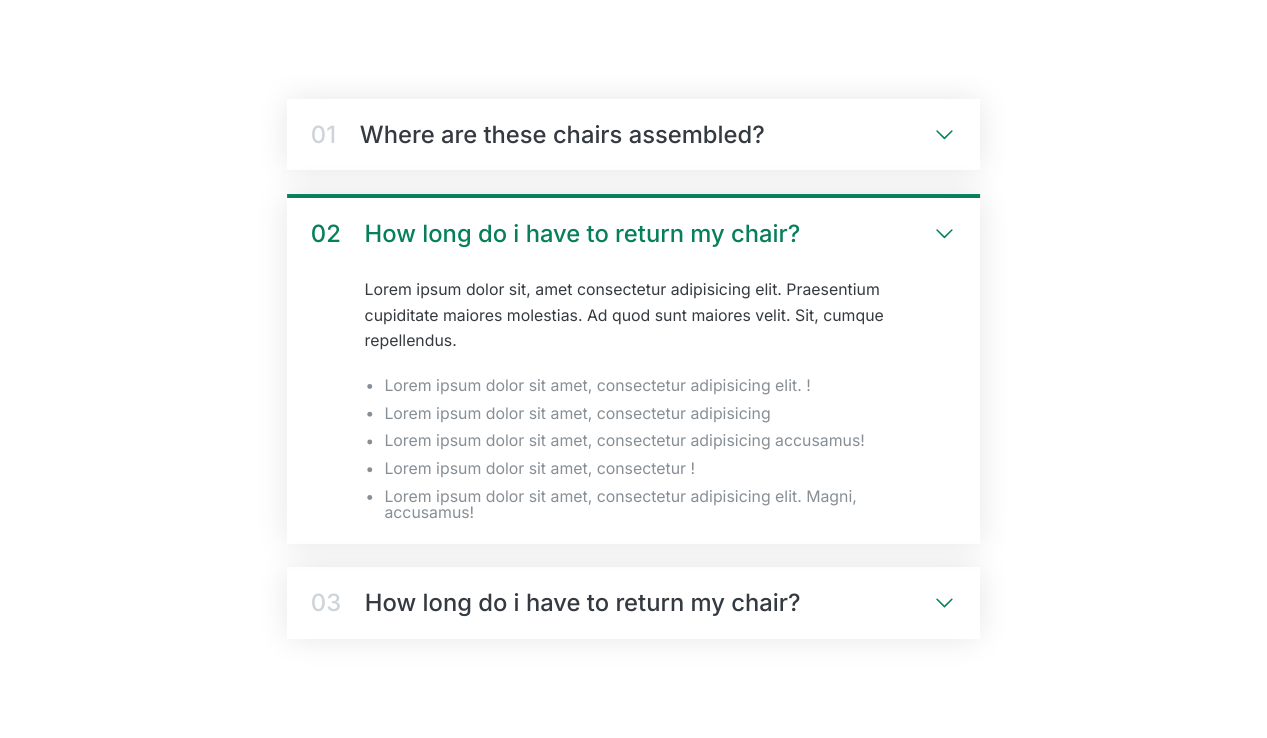
Repository: sunny070/CSS
Page: HTML and CSS some of the important components/01_accordion.html
The author's editor kept a copy of each file at every save. The page is drawn from the files as they stood at one save, then again after the next save.
The browser window is 1280 px wide. The pictures show the whole page, at 99% of full size.

Above is the page before, as saved 2023-11-20 13:09:28.

### HTML and CSS some of the important components/01_accordion.html
<!DOCTYPE html>
<html lang="en">
  <head>
    <meta charset="UTF-8" />
    <meta name="viewport" content="width=device-width, initial-scale=1.0" />
    <title>Accordion Components</title>
    <link
      href="https://fonts.googleapis.com/css2?family=Inter:wght@400;500;700&display=swap"
      rel="stylesheet"
    />
    <style>
      /*
    SPACING SYSTEM (px)
    2 / 4 / 8 / 12 / 16 / 24 / 32 / 48 / 64 / 80 / 96 / 128

    FONT SIZE SYSTEM (px)
    10 / 12 / 14 / 16 / 18 / 20 / 24 / 30 / 36 / 44 / 52 / 62 / 74 / 86 / 98
    */

      /*
    MAIN COLOR: #087f5b
    GREY COLOR: #343a40
    */

      * {
        margin: 0;
        padding: 0;
        box-sizing: border-box;
      }

      /* ------------------------ */
      /* GENERAL STYLES */
      /* ------------------------ */
      body {
        font-family: "Inter", sans-serif;
        color: #343a40;
        line-height:1;
      }
      .accordion
      {
        width:700px;
        margin: 100px auto;
        display: flex;
        flex-direction: column;
        gap: 24px;

      }
      .item{
        box-shadow: 0 0 32px rgba(0,0,0,0.1);
        padding: 24px;
        display: grid;
        grid-template-columns: auto 1fr auto;
        column-gap:24px;
        row-gap: 32px;
        align-items:center;
      }
      .number ,.text{
        font-size: 24px;
        font-weight: 500;

      }
      .number{
        color:#ced4da;
      }

      .icon{
        width: 24px;
        height: 24px;
        stroke: #087f5b;
      }
      .hidden-box{
        grid-column: 2;
        display: none;
      }
      .hidden-box p{
        line-height: 1.6;
        margin-bottom: 24px;
      }
      .hidden-box ul{
        color:#868e96;
        margin-left: 20px;
        display:flex;
        flex-direction: column;
        gap: 12px;

      }
      .open{
        border-top: 4px solid #087f5b;
      }
      .open .hidden-box{
        display: block ;
      }
      .open .number, .open .text{
        color:#087f5b;
      }
      /* .hidden-box li{
        margin-bottom: 12px;
      } */
    </style>
  </head>
  <body>
    <div class="accordion">
      <div class="item">
      <p class="number"> 01</p>
      <p class="text">Where are these chairs assembled?</p>
      <svg class="icon" xmlns="http://www.w3.org/2000/svg" fill="none" viewBox="0 0 24 24" stroke-width="1.5" stroke="currentColor" class="w-6 h-6">
        <path stroke-linecap="round" stroke-linejoin="round" d="M19.5 8.25l-7.5 7.5-7.5-7.5" />
      </svg>
      <div class="hidden-box">
        <p>Lorem ipsum dolor sit, amet consectetur adipisicing elit. Praesentium cupiditate maiores molestias. Ad quod sunt maiores velit. Sit, cumque repellendus.</p>
        <ul>
          <li>Lorem ipsum dolor sit amet, consectetur adipisicing elit. !</li>
          <li>Lorem ipsum dolor sit amet, consectetur adipisicing</li>
          <li>Lorem ipsum dolor sit amet, consectetur adipisicing  accusamus!</li>
          <li>Lorem ipsum dolor sit amet, consectetur !</li>
          <li>Lorem ipsum dolor sit amet, consectetur adipisicing elit. Magni, accusamus!</li>

        </ul>
      </div>
      </div>


  <div class="item open">
  <p class="number"> 02</p>
  <p class="text">How long do i have to return my chair?</p>
  <svg class="icon" xmlns="http://www.w3.org/2000/svg" fill="none" viewBox="0 0 24 24" stroke-width="1.5" stroke="currentColor" class="w-6 h-6">
    <path stroke-linecap="round" stroke-linejoin="round" d="M19.5 8.25l-7.5 7.5-7.5-7.5" />
  </svg>
  <div class="hidden-box">
    <p>Lorem ipsum dolor sit, amet consectetur adipisicing elit. Praesentium cupiditate maiores molestias. Ad quod sunt maiores velit. Sit, cumque repellendus.</p>
    <ul>
      <li>Lorem ipsum dolor sit amet, consectetur adipisicing elit. !</li>
      <li>Lorem ipsum dolor sit amet, consectetur adipisicing</li>
      <li>Lorem ipsum dolor sit amet, consectetur adipisicing  accusamus!</li>
      <li>Lorem ipsum dolor sit amet, consectetur !</li>
      <li>Lorem ipsum dolor sit amet, consectetur adipisicing elit. Magni, accusamus!</li>

    </ul>
  </div>
  </div>


  <div class="item">
  <p class="number"> 03</p>
  <p class="text">How long do i have to return my chair?</p>
  <svg class="icon" xmlns="http://www.w3.org/2000/svg" fill="none" viewBox="0 0 24 24" stroke-width="1.5" stroke="currentColor" class="w-6 h-6">
    <path stroke-linecap="round" stroke-linejoin="round" d="M19.5 8.25l-7.5 7.5-7.5-7.5" />
  </svg>
  <div class="hidden-box">
    <p>Lorem ipsum dolor sit, amet consectetur adipisicing elit. Praesentium cupiditate maiores molestias. Ad quod sunt maiores velit. Sit, cumque repellendus.</p>
    <ul>
      <li>Lorem ipsum dolor sit amet, consectetur adipisicing elit. !</li>
      <li>Lorem ipsum dolor sit amet, consectetur adipisicing</li>
      <li>Lorem ipsum dolor sit amet, consectetur adipisicing  accusamus!</li>
      <li>Lorem ipsum dolor sit amet, consectetur !</li>
      <li>Lorem ipsum dolor sit amet, consectetur adipisicing elit. Magni, accusamus!</li>

    </ul>
  </div>
  </div>

</div>


<!-- <script>
  const btn = document.querySelector('.icon');
  const change = document.querySelector('.text')

  btn.addEventListener('click',function(){
    change.add('open');
  })
</script> -->
  </body>
</html>

After the next save:
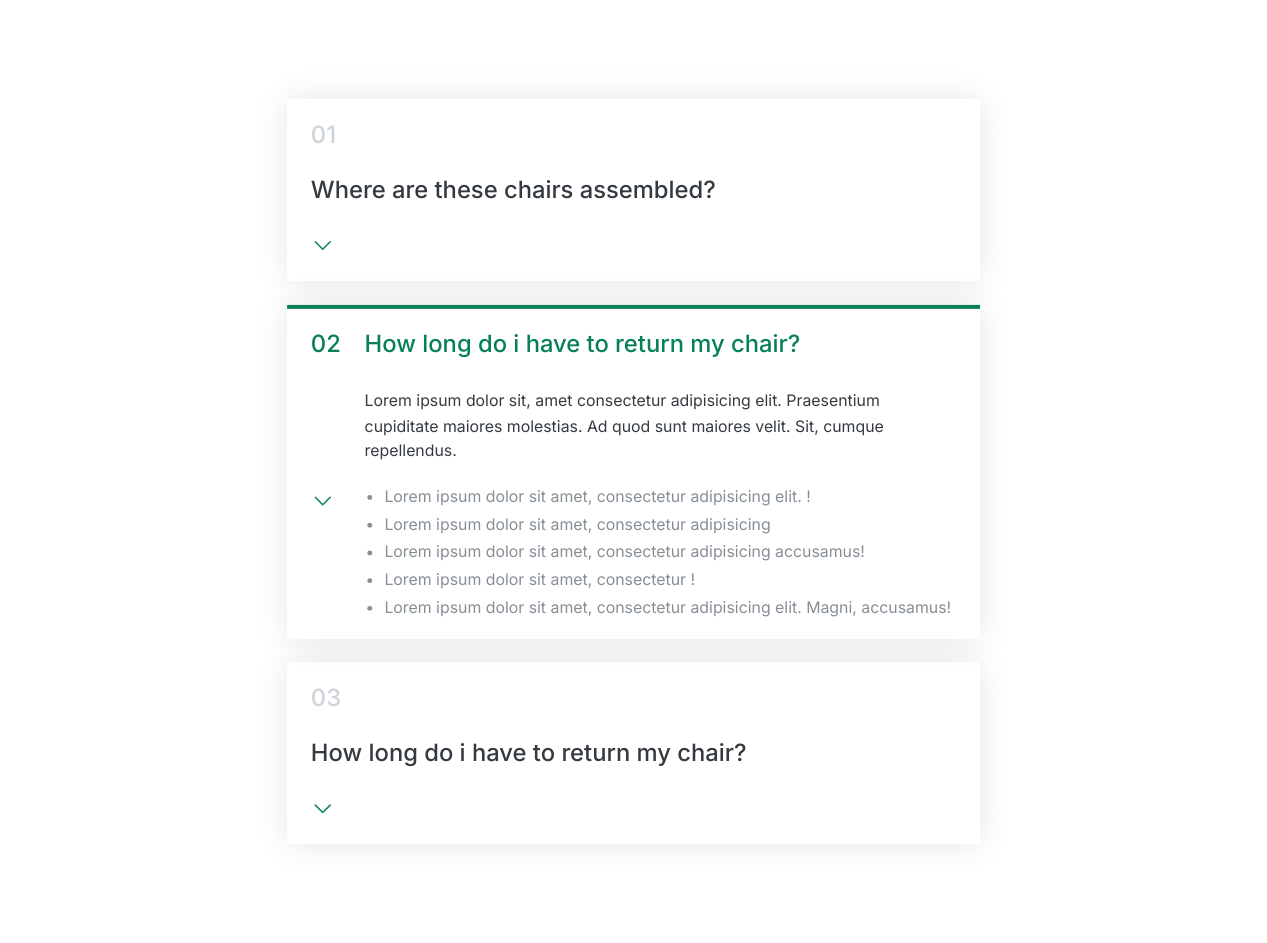
Saved 19 s later.
--- a/HTML and CSS some of the important components/01_accordion.html
+++ b/HTML and CSS some of the important components/01_accordion.html
@@ -49,7 +49,7 @@
         box-shadow: 0 0 32px rgba(0,0,0,0.1);
         padding: 24px;
         display: grid;
-        grid-template-columns: auto 1fr auto;
+
         column-gap:24px;
         row-gap: 32px;
         align-items:center;

After the save that followed:
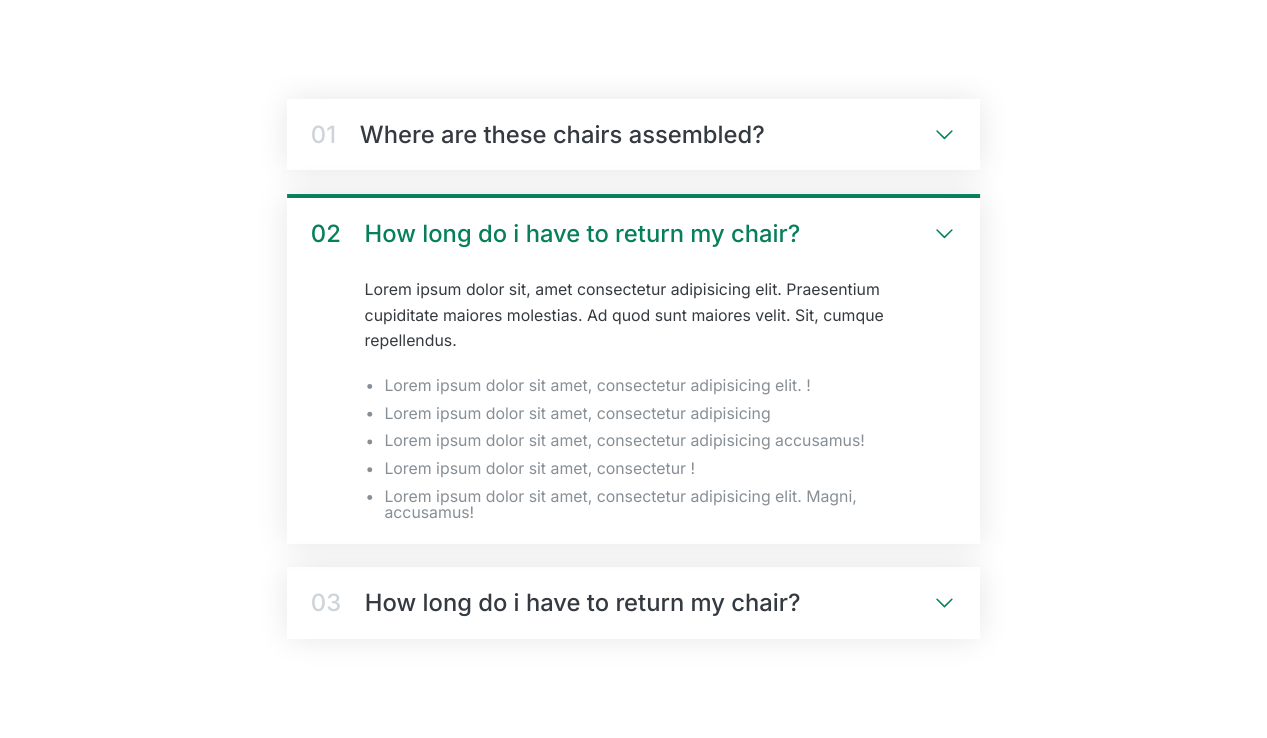
Saved 5 s later.
--- a/HTML and CSS some of the important components/01_accordion.html
+++ b/HTML and CSS some of the important components/01_accordion.html
@@ -49,7 +49,7 @@
         box-shadow: 0 0 32px rgba(0,0,0,0.1);
         padding: 24px;
         display: grid;
-
+        grid-template-columns: auto 1fr auto;
         column-gap:24px;
         row-gap: 32px;
         align-items:center;
